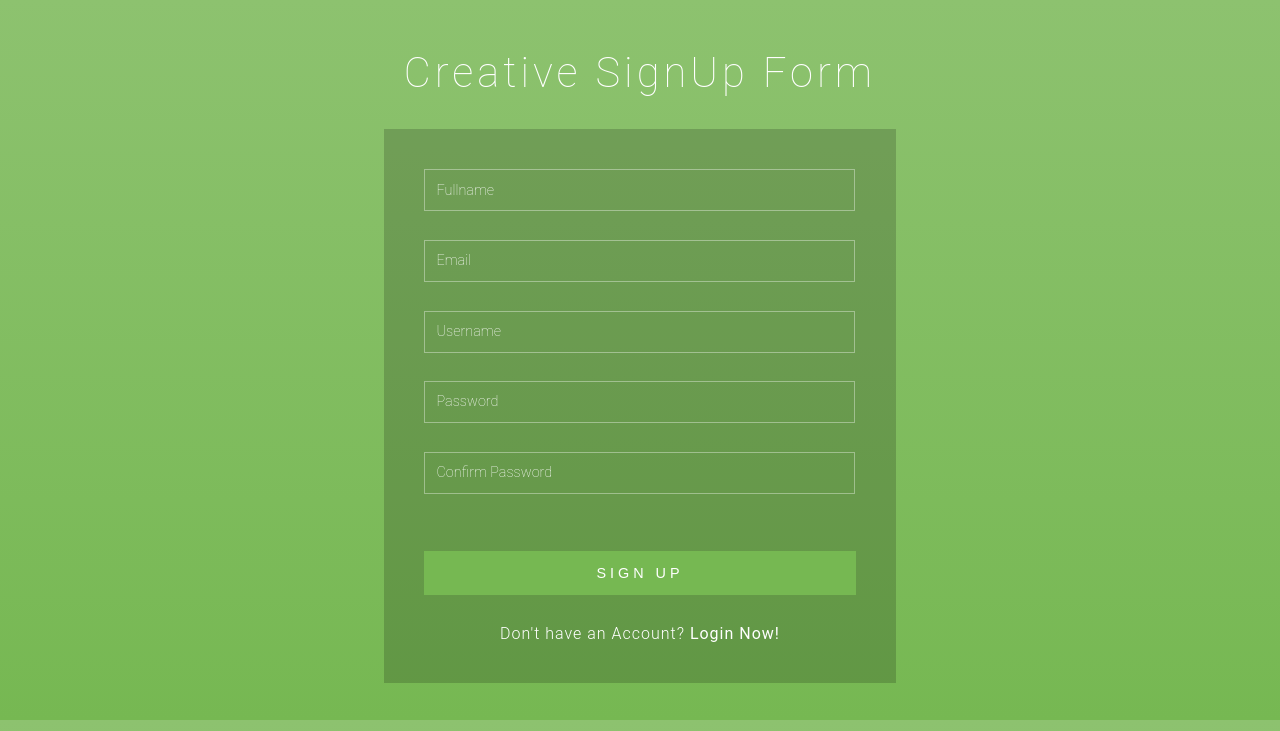
Repository: hosi04/BaiTapWeb
Page: http://localhost/BaiTapWeb_Login/views/register.jsp
These files come from the project's save history. The page is drawn as it stood at one moment and after the next save; the edit follows.
The browser window is 1280 px wide. The pictures show the whole page.
Backgrounds fixed to the window are drawn as part of the page. The page is served by Tomcat 9.

Above is the page before, as saved 2024-09-07 14:58:08.

After the next save:
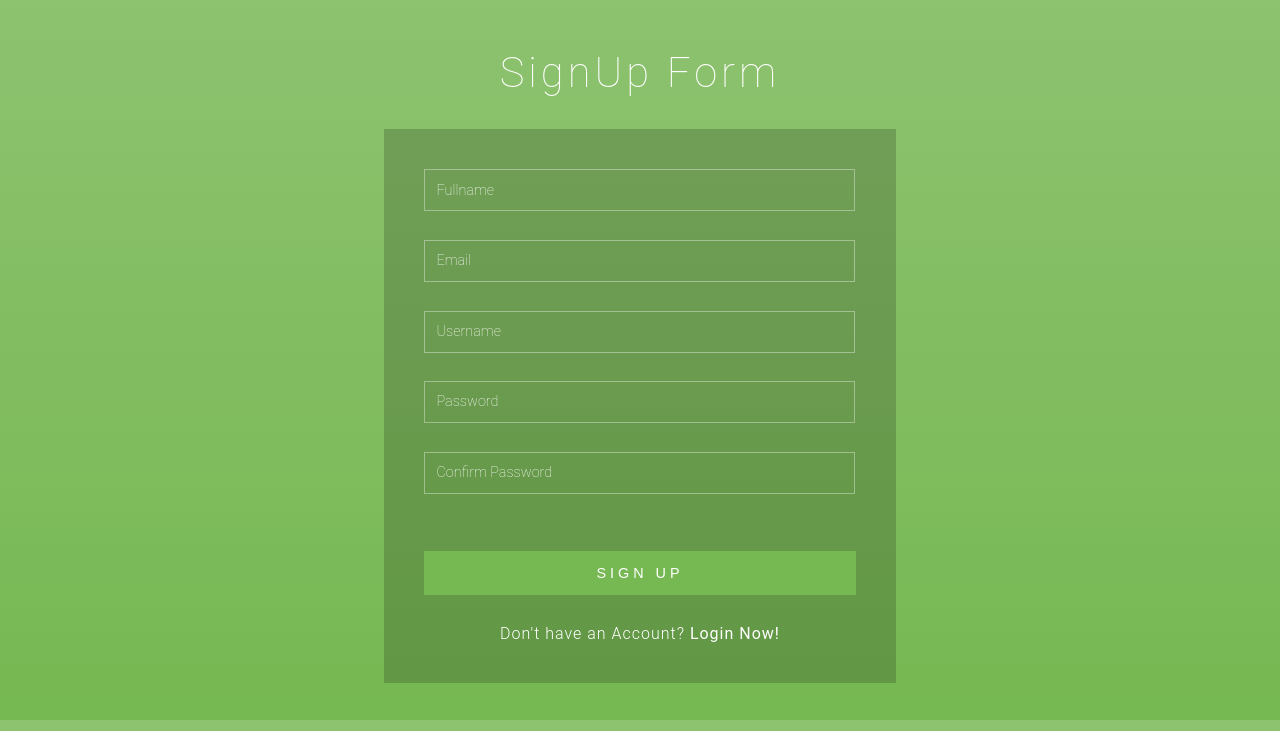
Saved 3 min 32 s later.
--- a/BaiTapWeb_Login/src/main/webapp/views/register.jsp
+++ b/BaiTapWeb_Login/src/main/webapp/views/register.jsp
@@ -19,7 +19,7 @@ String url = request.getScheme() + "://" + request.getServerName() + ":" + reque
 <body>
 		<!-- main -->
 	<div class="main-w3layouts wrapper">
-		<h1>Creative SignUp Form</h1>
+		<h1>SignUp Form</h1>
 		<div class="main-agileinfo">
 			<div class="agileits-top">
 				<form action="<%=url %>/Register" method="post">
